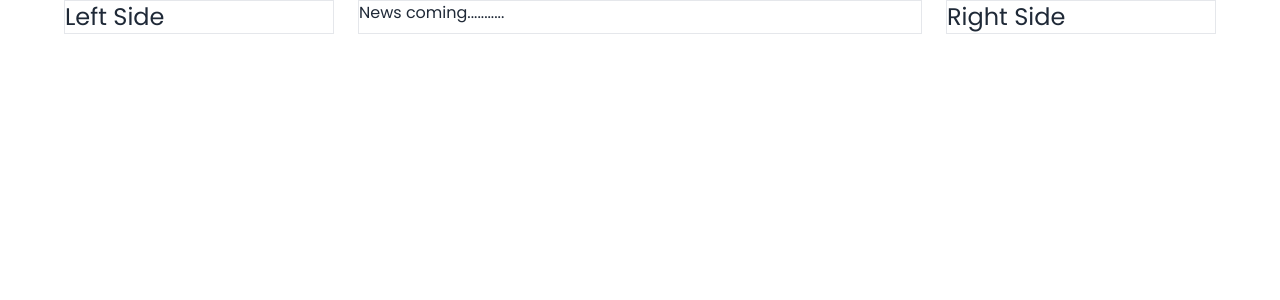
Repository: ShouravAhammed/react-dragon-news-auth
Page: /
The author's editor kept a copy of each file at every save. The page is drawn from the files as they stood at one save, then again after the next save.
The browser window is 1280 px wide. The pictures show the whole page.
The project was rebuilt for these pictures with package versions that can differ from the ones it lists, and the page was loaded fresh each time. Also part of the build but not shown: vite.config.js, src/pages/About/About.jsx, src/pages/Career/Career.jsx.

Above is the page before, as saved 2024-04-13 01:57:28.

### src/main.jsx
import React from 'react'
import ReactDOM from 'react-dom/client'
import './index.css'
import { RouterProvider } from 'react-router-dom'
import router from './Routes/Routes.jsx'

ReactDOM.createRoot(document.getElementById('root')).render(
  <React.StrictMode>
    <RouterProvider router={router}/>
  </React.StrictMode>,
)

### src/Routes/Routes.jsx
import Root from "../layout/Root";

import {
    createBrowserRouter,
  } from "react-router-dom";
import Home from "../pages/Home/Home";
import About from "../pages/About/About";
import Career from "../pages/Career/Career";

const router = createBrowserRouter([
    {
        path: '/',
        element: <Root></Root>,
        children: [
            {

                path: '/',
                element: <Home></Home>,
            },
            {

                path: '/about',
                element: <About></About>,
            },
            {

                path: '/career',
                element: <Career></Career>,
            },

        ]
    }
])

export default router;

### src/pages/Home/Home.jsx
import LeftSideNav from "../Shared/LeftSideNav/LeftSideNav";
import RightSideNav from "../Shared/RIghtSideNav/RightSideNav";


const Home = () => {
    return (
        <div>
            <header></header>
            <div className="grid grid-cols-1 md:grid-cols-4 gap-6">
                <div className="col-span-1 border">
                    <LeftSideNav></LeftSideNav>
                </div>
                <div className="col-span-2 border">News coming...........</div>
                <div className="col-span-1 border">
                    <RightSideNav></RightSideNav>
                </div>
            </div>
        </div>
    );
};

export default Home;

### src/pages/Shared/LeftSideNav/LeftSideNav.jsx

const LeftSideNav = () => {
    return (
        <div>
            <h3 className='text-2xl'>Left Side</h3>
        </div>
    );
};

export default LeftSideNav;

### src/pages/Shared/RIghtSideNav/RightSideNav.jsx


const RightSideNav = () => {
    return (
        <div>
            <h3 className="text-2xl">Right Side</h3>
        </div>
    );
};

export default RightSideNav;

### tailwind.config.js
/** @type {import('tailwindcss').Config} */
export default {
  content: [
    "./index.html",
    "./src/**/*.{js,ts,jsx,tsx}",
  ],
  theme: {
    extend: {
      fontFamily: {
        poppins: '"Poppins", sans-serif;', // Adds a new `font-display` class
      }
    }
  },
  plugins: [require("daisyui")],
}

### src/pages/Shared/Header/Header.jsx

import logo from '../../../assets/logo.png'
const Header = () => {
    return (
        <div>
            <h3 className="text-3xl">Header</h3>
            <img src={logo} alt="" />
        </div>
    );
};

export default Header;

Loaded but not shown: index.html (common file); src/index.css (common file); src/layout/Root.jsx (common file)

After the next save:
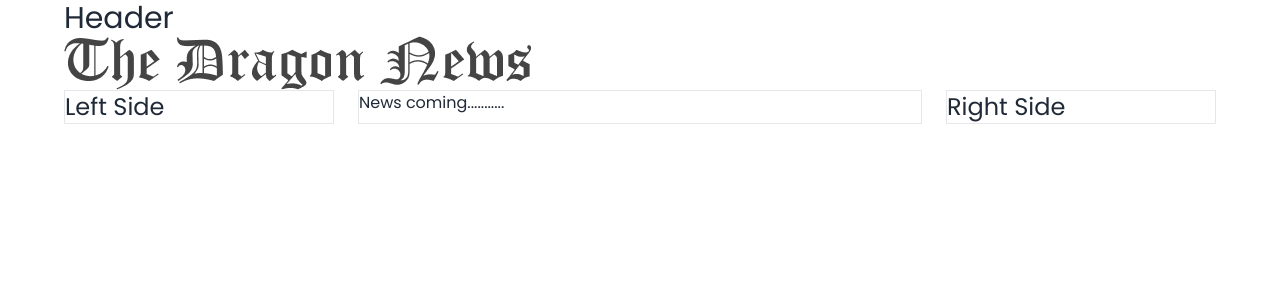
Saved 22 s later.
--- a/src/pages/Home/Home.jsx
+++ b/src/pages/Home/Home.jsx
@@ -1,3 +1,4 @@
+import Header from "../Shared/Header/Header";
 import LeftSideNav from "../Shared/LeftSideNav/LeftSideNav";
 import RightSideNav from "../Shared/RIghtSideNav/RightSideNav";
 
@@ -5,7 +6,7 @@ import RightSideNav from "../Shared/RIghtSideNav/RightSideNav";
 const Home = () => {
     return (
         <div>
-            <header></header>
+            <Header></Header>
             <div className="grid grid-cols-1 md:grid-cols-4 gap-6">
                 <div className="col-span-1 border">
                     <LeftSideNav></LeftSideNav>
